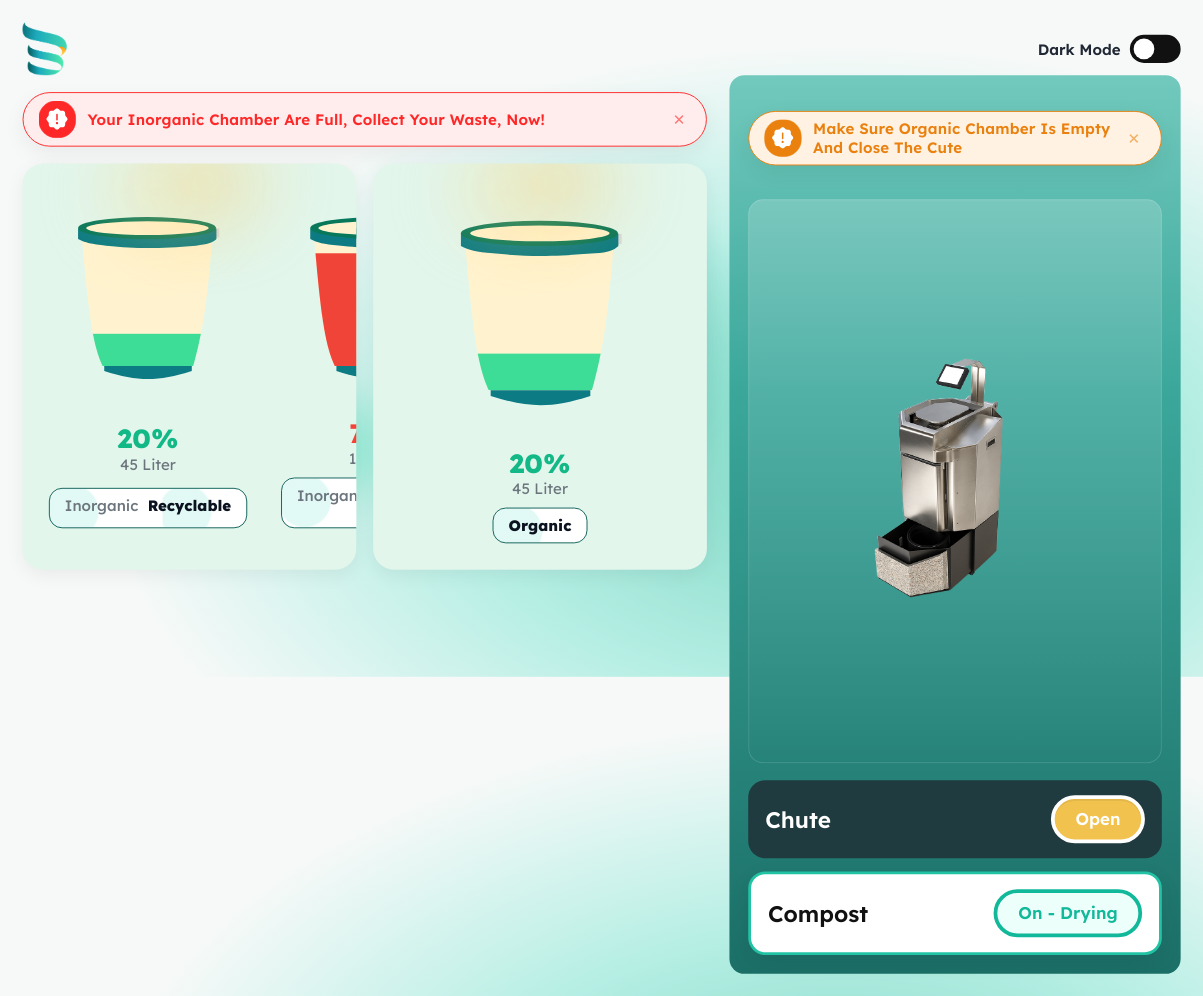
Repository: william-saputra/nusabin
Page: pages/homepage.html
The author's editor kept a copy of each file at every save. The page is drawn from the files as they stood at one save, then again after the next save.
The browser window is 1280 px wide. The pictures show the whole page, at 94% of full size.
Backgrounds fixed to the window are drawn as part of the page.

Above is the page before, as saved 2025-08-12 23:37:36.

### pages/homepage.html
<!DOCTYPE html>
<html lang="en">
  <head>
    <meta charset="UTF-8" />
    <meta name="viewport" content="width=device-width, initial-scale=1.0" />
    <title>Nusabin – Homepage</title>
    <link rel="preconnect" href="https://fonts.googleapis.com" />
    <link rel="preconnect" href="https://fonts.gstatic.com" crossorigin />
    <link href="https://fonts.googleapis.com/css2?family=Lexend:wght@400;500;600;700;800&family=Inter:wght@400;500;600;700;800&display=swap" rel="stylesheet" />
    <link rel="stylesheet" href="../styles/base.css" />
    <link rel="stylesheet" href="../styles/pages/homepage.css" />
  </head>
  <body>
    <div class="homepage no-nav">
      <header class="topbar no-nav">
        <img src="../assets/images/green_logo.png" alt="Nusabin" class="logo no-nav" />
        <div class="spacer no-nav"></div>
        <div class="theme-toggle no-nav">
          <span class="label no-nav">Dark Mode</span>
          <label class="switch no-nav">
            <input id="dark-toggle" class="no-nav" type="checkbox" />
            <span class="slider round no-nav"></span>
          </label>
        </div>
      </header>

      <main class="layout">
        <div class="left-col">
          <section class="alerts no-nav">
            <div class="alert pill no-nav" data-variant="danger" data-alert-id="left-alert">
              <img class="alert-icon" src="../assets/icons/red_alert.svg" alt="alert" width="40" height="40" />
              <div class="text no-nav">Your Inorganic Chamber Are Full, Collect Your Waste, Now!</div>
              <button class="close no-nav" data-dismiss>
                <span class="no-nav">&#10005;</span>
              </button>
            </div>
          </section>
          <div class="left-grid clickable-area" data-navigate>
          <div class="card card-buckets">
            <div class="bucket-group">
              <div class="bucket-item" data-id="inorganic_recyclable">
                <svg class="bucket-svg" viewBox="0 0 197 216" aria-labelledby="title-ir" role="img">
                  <title id="title-ir">Inorganic Recyclable</title>
                  <defs>
                    <clipPath id="cupShape-inorganic_recyclable">
                      <path d="M53.3367 175.048C43.8761 154.841 39.492 126.346 33.0561 49.7143L162.041 52.148C157.42 108.314 153.879 136.877 143.383 175.048C107.592 183.612 87.9058 183.201 53.3367 175.048Z" />
                    </clipPath>
                  </defs>
                  <path d="M53.3367 175.048C43.8761 154.841 39.492 126.346 33.0561 49.7143L162.041 52.148C157.42 108.314 153.879 136.877 143.383 175.048C107.592 183.612 87.9058 183.201 53.3367 175.048Z" fill="#FFF3CF" />
                  <rect id="cupFill-inorganic_recyclable" x="0" y="175" width="197" height="0" clip-path="url(#cupShape-inorganic_recyclable)" />
                  <path d="M55 179.937V175H142V179.937C107.725 190.783 88.6686 190.592 55 179.937Z" fill="#0C7B83" />
                  <rect x="166.097" y="38.3571" width="3.2449" height="8.92347" fill="#D9D9D9" />
                  <path d="M29 48.9031V38.3571H166.503V48.9031C162.244 52.8888 157.731 54.2809 146.222 55.3929C109.605 58.2432 89.8065 58.6723 56.9872 55.3929C42.0852 54.0832 36.1288 52.6188 29 48.9031Z" fill="#0C7B83" />
                  <ellipse cx="97.5485" cy="37.9515" rx="68.5485" ry="10.9515" fill="#08785B" />
                  <ellipse cx="97.9541" cy="37.9515" rx="60.8418" ry="6.89541" fill="#FFF3CF" />
                </svg>
                <div class="bucket-metrics">
                  <div class="percent" data-percent>0%</div>
                  <div class="liter" data-liter>0 Liter</div>
                </div>
                <div class="chip chip-2line"><span>Inorganic</span><strong>Recyclable</strong></div>
              </div>

              <div class="bucket-item" data-id="inorganic_non_recyclable">
                <svg class="bucket-svg" viewBox="0 0 197 216" aria-labelledby="title-inr" role="img">
                  <title id="title-inr">Inorganic Non-Recyclable</title>
                  <defs>
                    <clipPath id="cupShape-inorganic_non_recyclable">
                      <path d="M53.3367 175.048C43.8761 154.841 39.492 126.346 33.0561 49.7143L162.041 52.148C157.42 108.314 153.879 136.877 143.383 175.048C107.592 183.612 87.9058 183.201 53.3367 175.048Z" />
                    </clipPath>
                  </defs>
                  <path d="M53.3367 175.048C43.8761 154.841 39.492 126.346 33.0561 49.7143L162.041 52.148C157.42 108.314 153.879 136.877 143.383 175.048C107.592 183.612 87.9058 183.201 53.3367 175.048Z" fill="#FFF3CF" />
                  <rect id="cupFill-inorganic_non_recyclable" x="0" y="175" width="197" height="0" clip-path="url(#cupShape-inorganic_non_recyclable)" />
                  <path d="M55 179.937V175H142V179.937C107.725 190.783 88.6686 190.592 55 179.937Z" fill="#0C7B83" />
                  <rect x="166.097" y="38.3571" width="3.2449" height="8.92347" fill="#D9D9D9" />
                  <path d="M29 48.9031V38.3571H166.503V48.9031C162.244 52.8888 157.731 54.2809 146.222 55.3929C109.605 58.2432 89.8065 58.6723 56.9872 55.3929C42.0852 54.0832 36.1288 52.6188 29 48.9031Z" fill="#0C7B83" />
                  <ellipse cx="97.5485" cy="37.9515" rx="68.5485" ry="10.9515" fill="#08785B" />
                  <ellipse cx="97.9541" cy="37.9515" rx="60.8418" ry="6.89541" fill="#FFF3CF" />
                </svg>
                <div class="bucket-metrics">
                  <div class="percent" data-percent>0%</div>
                  <div class="liter" data-liter>0 Liter</div>
                </div>
                <div class="chip chip-2line"><span>Inorganic</span><strong>Non-Recyclable</strong></div>
              </div>
            </div>
          </div>

          <div class="card card-bucket-single">
            <div class="bucket-item" data-id="organic">
              <svg class="bucket-svg" viewBox="0 0 197 216" aria-labelledby="title-org" role="img">
                <title id="title-org">Organic</title>
                <defs>
                  <clipPath id="cupShape-organic">
                    <path d="M53.3367 175.048C43.8761 154.841 39.492 126.346 33.0561 49.7143L162.041 52.148C157.42 108.314 153.879 136.877 143.383 175.048C107.592 183.612 87.9058 183.201 53.3367 175.048Z" />
                  </clipPath>
                </defs>
                <path d="M53.3367 175.048C43.8761 154.841 39.492 126.346 33.0561 49.7143L162.041 52.148C157.42 108.314 153.879 136.877 143.383 175.048C107.592 183.612 87.9058 183.201 53.3367 175.048Z" fill="#FFF3CF" />
                <rect id="cupFill-organic" x="0" y="175" width="197" height="0" clip-path="url(#cupShape-organic)" />
                <path d="M55 179.937V175H142V179.937C107.725 190.783 88.6686 190.592 55 179.937Z" fill="#0C7B83" />
                <rect x="166.097" y="38.3571" width="3.2449" height="8.92347" fill="#D9D9D9" />
                <path d="M29 48.9031V38.3571H166.503V48.9031C162.244 52.8888 157.731 54.2809 146.222 55.3929C109.605 58.2432 89.8065 58.6723 56.9872 55.3929C42.0852 54.0832 36.1288 52.6188 29 48.9031Z" fill="#0C7B83" />
                <ellipse cx="97.5485" cy="37.9515" rx="68.5485" ry="10.9515" fill="#08785B" />
                <ellipse cx="97.9541" cy="37.9515" rx="60.8418" ry="6.89541" fill="#FFF3CF" />
              </svg>
              <div class="bucket-metrics">
                <div class="percent" data-percent>0%</div>
                <div class="liter" data-liter>0 Liter</div>
              </div>
              <div class="chip chip-2line"><strong>Organic</strong></div>
            </div>
          </div>
          </div>
        </div>

        <aside class="right-panel">
          <section class="alerts no-nav">
            <div class="alert pill no-nav" data-variant="warning" data-alert-id="right-alert">
              <img class="alert-icon" src="../assets/icons/orange_alert.svg" alt="alert" width="40" height="40" />
              <div class="text no-nav">Make Sure Organic Chamber Is Empty And Close The Cute</div>
              <button class="close no-nav" data-dismiss>
                <span class="no-nav">&#10005;</span>
              </button>
            </div>
          </section>
          <div class="machine-wrapper">
            <img src="../assets/images/machine.png" alt="Machine" class="machine" />
          </div>
          <div class="status-panel no-nav">
            <div class="status-row variant-dark no-nav">
              <div class="label no-nav">Chute</div>
              <div class="status-pill pill-open no-nav">Open</div>
            </div>
            <div class="status-row variant-light no-nav">
              <div class="label no-nav">Compost</div>
              <div class="status-pill pill-on no-nav">On - Drying</div>
            </div>
          </div>
        </aside>
      </main>
    </div>

    <script src="../scripts/theme.js"></script>
    <script src="../scripts/main.js"></script>
  </body>
  </html>

### styles/base.css
:root {
  --bg: #f6f9f8;
  --card: #ffffff;
  --text: #0b1220;
  --muted: #6b7280;
  --primary: #1cb59b;
  --danger: #e53935;
  --warning: #ffb74d;
  --ring: rgba(28, 181, 155, 0.35);
}

* { box-sizing: border-box; }
html, body { height: 100%; }
body {
  margin: 0;
  font-family: Lexend, Inter, system-ui, -apple-system, Segoe UI, Roboto, Helvetica, Arial, "Apple Color Emoji", "Segoe UI Emoji";
  color: var(--text);
  background: radial-gradient(1200px 700px at 70% 70%, #7ed8c4 0%, #b8efe5 35%, #f6f9f8 65%) no-repeat fixed;
}

/* Generic layout */
.homepage { padding: 24px; }
.topbar { display: flex; align-items: center; gap: 16px; }
.spacer { flex: 1 1 auto; }
.logo { height: 56px; }

.theme-toggle { display: flex; align-items: center; gap: 10px; font-weight: 600; }
.theme-toggle .label { opacity: 0.9; }

/* Toggle */
.switch { position: relative; display: inline-block; width: 54px; height: 30px; }
.switch input { display: none; }
.slider { position: absolute; cursor: pointer; top: 0; left: 0; right: 0; bottom: 0; background: #111; transition: .2s; border-radius: 999px; }
.slider:before { position: absolute; content: ""; height: 22px; width: 22px; left: 4px; bottom: 4px; background: #fff; transition: .2s; border-radius: 50%; }
input:checked + .slider { background: #cdd2d6; }
input:checked + .slider:before { transform: translateX(24px); }

/* Alerts */
.alerts { display: grid; grid-template-columns: 1fr; gap: 12px; margin: 18px 0; }
.alert { display: grid; grid-template-columns: auto 1fr auto; align-items: center; gap: 12px; padding: 8px 16px; border-radius: 50px; box-shadow: 0 8px 24px rgba(0,0,0,.06); font-family: Lexend, Inter, sans-serif; border: 1px solid currentColor; }
.alert .text { font-weight: 600; letter-spacing: .2px; }
.alert .close { appearance: none; border: 0; background: transparent; cursor: pointer; opacity: 0.6; font-size: 16px; color: inherit; }
.alert.pill[data-variant="danger"] { color: #FF2828; background: #FFECEC; }
.alert.pill[data-variant="warning"] { color: #EA800E; background: #FFF2E3; }
.alert-icon { flex: 0 0 auto; width: 40px; height: 40px; }

/* Main layout */
.layout { display: grid; grid-template-columns: 1.2fr 480px; gap: 24px; align-items: start; }
.left-col { display: block; }
.left-grid { display: grid; grid-template-columns: 1fr 1fr; gap: 18px; }

.card { background: var(--card); border-radius: 22px; padding: 28px; box-shadow: 0 6px 20px rgba(0,0,0,.06); position: relative; overflow: hidden; }
.card::before, .card::after { content: ""; position: absolute; pointer-events: none; border-radius: 50%; filter: blur(40px); opacity: 0.9; }
.card::before { width: 260px; height: 180px; top: -70px; right: 30px; background: radial-gradient(closest-side, rgba(255,189,57,0.55), rgba(255,189,57,0) 70%); }
.card::after  { width: 220px; height: 160px; top: -50px; left: 40%; transform: translateX(-50%); background: radial-gradient(closest-side, rgba(255,225,149,0.55), rgba(255,225,149,0) 70%); }
.card-buckets { display: block; background: #E2F6EC; min-height: 420px; }
.card-bucket-single { display: block; background: #E2F6EC; min-height: 420px; }

.bucket-group { display: grid; grid-template-columns: 1fr 1fr; gap: 36px; justify-items: center; }
.bucket-item { display: grid; justify-items: center; gap: 10px; }
.bucket-svg { width: 100%; max-width: 240px; height: auto; display: block; }
.bucket-static { pointer-events: none; }

.bucket-metrics { text-align: center; }
.bucket-metrics .percent { font-weight: 800; font-size: 28px; color: #12B886; }
.bucket-metrics .percent.danger { color: #F44336; }
.bucket-metrics .liter { color: #6C757D; font-size: 16px; }

.chip { display: inline-flex; align-items: baseline; gap: 10px; padding: 10px 16px; border-radius: 14px; background: #fff; border: 1.5px solid #0B5F57; font-size: 16px; line-height: 1; min-height: 36px; }
.chip span { color: #6C757D; font-weight: 500; }
.chip strong { font-weight: 800; }
.chip-positive strong { color: #12B886; }
.chip-negative strong { color: #F44336; }
.chip {
  background-image: radial-gradient(circle at 20% 20%, rgba(13, 207, 173, 0.12) 0 20%, rgba(13, 207, 173, 0) 21%),
                    radial-gradient(circle at 80% 60%, rgba(13, 207, 173, 0.12) 0 20%, rgba(13, 207, 173, 0) 21%);
  background-size: 120px 120px, 140px 140px;
}

.right-panel { display: grid; grid-template-rows: 1fr auto; gap: 18px; }
.right-panel { background: linear-gradient(180deg, #72c9bd 0%, #3ba79b 35%, #1b6f67 100%); padding: 20px; border-radius: 16px; }
.machine-wrapper { display: grid; place-items: center; background: linear-gradient(180deg, rgba(255,255,255,0.18), rgba(255,255,255,0)); border-radius: 16px; min-height: 600px; box-shadow: inset 0 0 0 1px rgba(255,255,255,0.15); }
.machine { max-width: 96%; height: auto; object-fit: contain; }

.status-panel { background: transparent; border-radius: 16px; padding: 0; display: grid; gap: 16px; }
.status-row { display: flex; align-items: center; justify-content: space-between; padding: 16px 18px; border-radius: 18px; }
.status-row .label { font-weight: 600; font-size: 24px; }
.status-row.variant-dark { background: #1f3b3f; color: #ffffff; }
.status-row.variant-light { background: #ffffff; color: #111; border: 3px solid #22c3a4; box-shadow: 0 8px 24px rgba(0,0,0,.08); }
.status-pill { border-radius: 999px; padding: 10px 22px; font-weight: 600; font-size: 18px; }
.pill-open { background: #f1c24e; color: #ffffff; border: 4px solid #ffffff; box-shadow: 0 2px 0 rgba(0,0,0,.06) inset; }
.pill-on { background: #ecfffb; color: #12b89a; border: 4px solid #12b89a; }

.clickable-area { cursor: pointer; }

/* Decorative half-circle with glow on the left bottom */
.left-col { position: relative; }
.left-col::after { content: ""; position: absolute; left: 50%; transform: translateX(-10%); bottom: -40px; width: 560px; height: 560px; border-bottom-left-radius: 560px; border-bottom-right-radius: 560px; border-top-left-radius: 560px; border-top-right-radius: 560px; background: radial-gradient(closest-side, rgba(28,181,155,0.55), rgba(28,181,155,0) 70%); filter: blur(6px); z-index: -1; }
.left-col::before { content: ""; position: absolute; left: 40%; transform: translateX(-50%); bottom: 20px; width: 380px; height: 220px; border-radius: 380px 380px 0 0; background: radial-gradient(closest-side, rgba(60,220,178,0.7), rgba(60,220,178,0) 70%); filter: blur(20px); z-index: -1; }

/* Dark mode */
.dark body, body.dark { background: radial-gradient(1200px 700px at 70% 70%, #0e3c3b 0%, #0f6b61 35%, #071b1a 65%); color: #e5f6f1; }
body.dark .card, body.dark .status-panel { background: #0a1414; color: #e6f5f1; }
body.dark .chip { background: #08201c; border-color: #0f3f36; }
body.dark .bucket-metrics .percent { color: #55e3c7; }
body.dark .status-row { background: #051010; }
body.dark .status-pill { background: #0b2a26; }

/* Utilities for specific wrappers that shouldn't navigate */
.no-nav { pointer-events: auto; }

@media (max-width: 1100px) {
  .layout { grid-template-columns: 1fr; }
  .right-panel { order: -1; }
}

### styles/pages/homepage.css
/* Page-specific fine-tuning for Homepage */
.homepage .card-buckets { background: #E2F6EC; }
.homepage .card-bucket-single { background: #E2F6EC; }

.homepage .bucket-item .bucket { filter: drop-shadow(0 10px 24px rgba(0,0,0,.08)); }
.homepage .bucket-item .percent { letter-spacing: .3px; }

.right-panel .status-panel { gap: 14px; }

@media (max-width: 1100px) {
  .homepage .bucket-svg { max-width: 180px; }
}

### scripts/theme.js
(function () {
  const toggle = document.getElementById('dark-toggle');
  if (!toggle) return;

  const apply = (isDark) => {
    document.body.classList.toggle('dark', isDark);
    try { localStorage.setItem('theme-dark', isDark ? '1' : '0'); } catch (_) {}
  };

  // Restore previous preference
  let stored = null;
  try { stored = localStorage.getItem('theme-dark'); } catch (_) {}
  apply(stored === '1');
  toggle.checked = stored === '1';

  toggle.addEventListener('change', () => apply(toggle.checked));
})();

### scripts/main.js
(function () {
  const root = document;

  // Navigate to detail when clicking anywhere on the left grid
  const clickable = root.querySelector('.clickable-area');
  if (clickable) {
    clickable.addEventListener('click', function (ev) {
      const target = ev.target;
      if (target && (target.closest('[data-dismiss]') || target.closest('.switch') || target.closest('.status-panel') || target.closest('.alerts'))) return;
      window.location.href = '../pages/detail.html';
    });
  }

  // Close alert buttons
  root.querySelectorAll('[data-dismiss]').forEach((btn) => {
    btn.addEventListener('click', (e) => {
      e.stopPropagation();
      const alert = btn.closest('.alert');
      if (alert) alert.remove();
    });
  });

  // Example: programmatic update of alert colors (kept for future use)
  function setAlertVariant(id, variant) {
    const el = root.querySelector('[data-alert-id="' + id + '"]');
    if (!el) return;
    el.setAttribute('data-variant', variant);
    const rect = el.querySelector('g > rect');
    if (rect) rect.setAttribute('fill', variant === 'danger' ? '#FF2828' : '#EA800E');
  }

  // Data dummy hardcoded
  const data = {
    inorganic_recyclable: { level: 20, volume: 45 },
    inorganic_non_recyclable: { level: 70, volume: 134 },
    organic: { level: 20, volume: 45 }
  };

  // Update function per spec
  function updateFill(binId, percent, volumeLiters) {
    const rect = root.getElementById('cupFill-' + binId);
    if (!rect) return;
    // Using actual bucket.svg coordinates: baseY aligns with ~175 (bottom of cup path), contentHeight approximated to inner cup height
    const contentHeight = 160; // adjustable based on real cup inner height
    const baseY = 175;
    const p = Math.max(0, Math.min(100, percent));
    const newHeight = (p / 100) * contentHeight;
    const newY = baseY - newHeight;
    rect.setAttribute('height', String(newHeight));
    rect.setAttribute('y', String(newY));
    rect.setAttribute('fill', p >= 70 ? '#F04438' : '#3DDC97');

    const item = root.querySelector('.bucket-item[data-id="' + binId + '"]');
    if (!item) return;
    const percentEl = item.querySelector('[data-percent]');
    const literEl = item.querySelector('[data-liter]');
    if (percentEl) {
      percentEl.textContent = p + '%';
      percentEl.classList.toggle('danger', p >= 70);
    }
    if (literEl) literEl.textContent = volumeLiters + ' Liter';
  }

  // Initialize
  Object.entries(data).forEach(([id, val]) => {
    updateFill(id, val.level, val.volume);
  });
})();

After the next save:
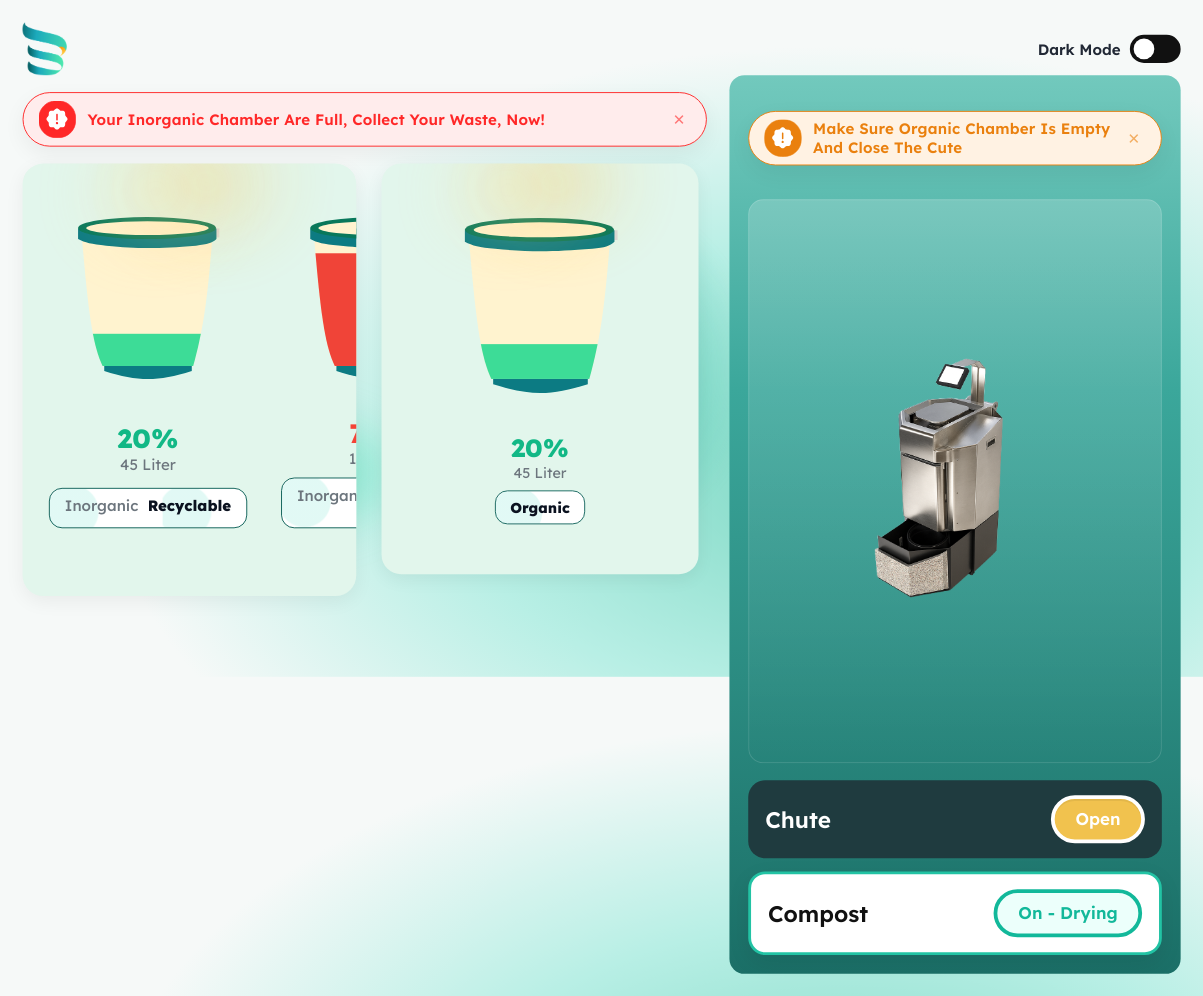
Saved 19 s later.
--- a/styles/base.css
+++ b/styles/base.css
@@ -53,8 +53,8 @@ input:checked + .slider:before { transform: translateX(24px); }
 .card::before, .card::after { content: ""; position: absolute; pointer-events: none; border-radius: 50%; filter: blur(40px); opacity: 0.9; }
 .card::before { width: 260px; height: 180px; top: -70px; right: 30px; background: radial-gradient(closest-side, rgba(255,189,57,0.55), rgba(255,189,57,0) 70%); }
 .card::after  { width: 220px; height: 160px; top: -50px; left: 40%; transform: translateX(-50%); background: radial-gradient(closest-side, rgba(255,225,149,0.55), rgba(255,225,149,0) 70%); }
-.card-buckets { display: block; background: #E2F6EC; min-height: 420px; }
-.card-bucket-single { display: block; background: #E2F6EC; min-height: 420px; }
+.card-buckets { display: block; background: #E2F6EC; min-height: 460px; }
+.card-bucket-single { display: block; background: #E2F6EC; min-height: 420px; transform: scale(.95); transform-origin: top center; }
 
 .bucket-group { display: grid; grid-template-columns: 1fr 1fr; gap: 36px; justify-items: center; }
 .bucket-item { display: grid; justify-items: center; gap: 10px; }
